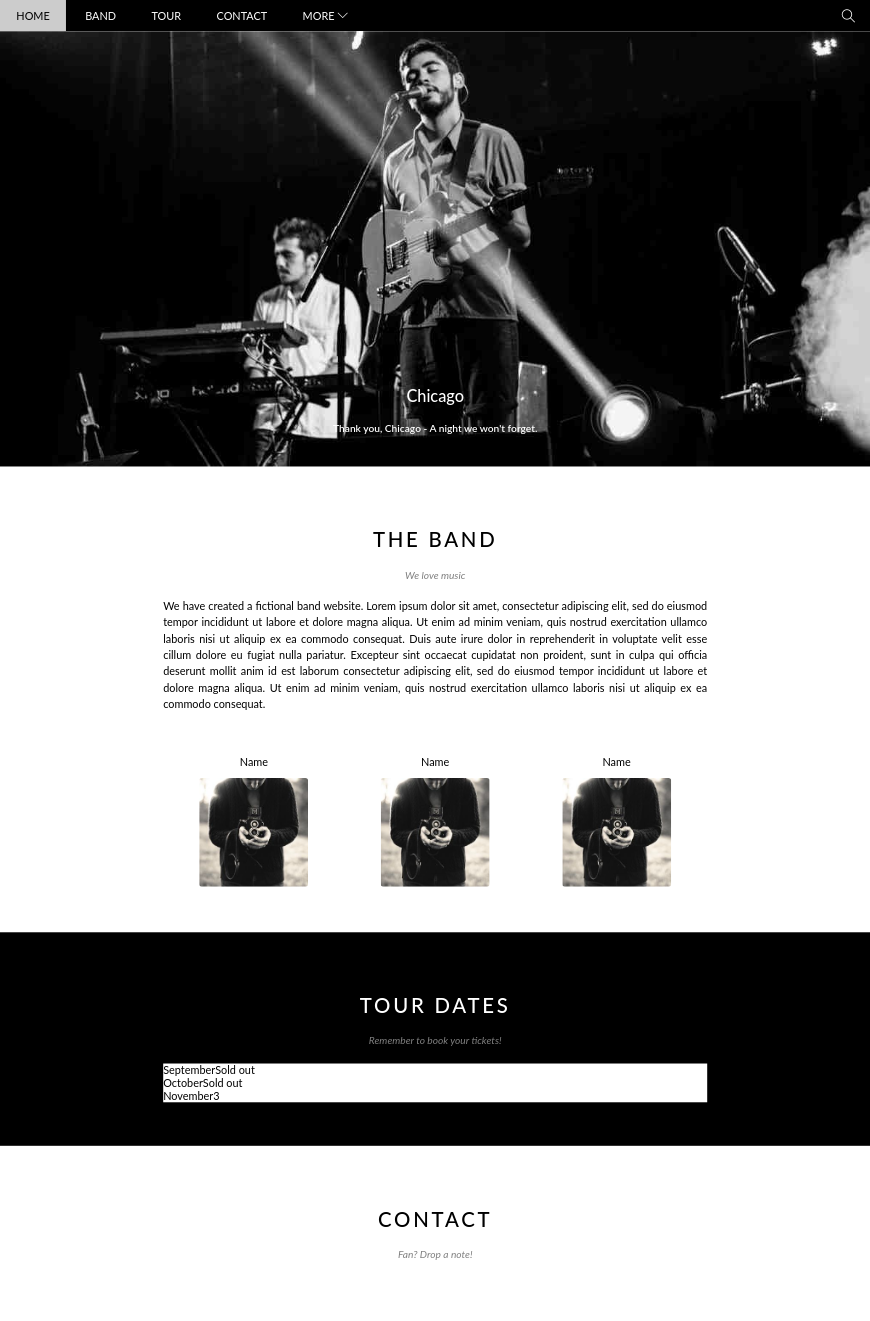
Repository: tatvanhco/web-dau-tay
Page: index.html
These files come from the project's save history. The page is drawn as it stood at one moment and after the next save; the edit follows.
The browser window is 1280 px wide. The pictures show the whole page, at 68% of full size.

Above is the page before, as saved 2022-01-23 19:34:28.

### index.html
<!DOCTYPE html>
<html lang="en">
<head>
    <meta charset="UTF-8">
    <!-- <meta http-equiv="X-UA-Compatible" content="IE=edge"> -->
    <meta name="viewport" content="width=device-width, initial-scale=1.0">
    <title>the band</title>
    <link rel="shortcut icon" href="./assets/img/band/logo.png" type="image/x-icon">
    <link rel="stylesheet" href="./assets/fronts/themify-icons/themify-icons.css">
    <link rel="stylesheet" href="./assets/css/style.css">
    <link rel="stylesheet" href="./assets/css/responsive.css">
</head>
<body>
    <div id="main">
        <div id="header">
            <ul id="nav">
                <li><a href="#">home</a></li>
                <li><a href="#">band</a></li>
                <li><a href="#">tour</a></li>
                <li><a href="#">contact</a></li>
                <li>
                    <a href="#">more
                        <i class="drop-down ti-angle-down"></i>
                    </a>
                    <div class="subnav">
                        <ul>
                            <li><a href="">Merchandise</a></li>
                            <li><a href="">Extras</a></li>
                            <li><a href="">Media</a></li>
                        </ul>
                    </div>
                </li>
            </ul>
            <div class="search-btn">
                <i class="search-icon ti-search"></i>
            </div>
        </div>
        <div id="slide">
            <div class="text-content">
                <h2 class="text-heading">Chicago</h2>
                <div class="text-desc">Thank you, Chicago - A night we won't forget.</div>
            </div>
        </div>
        <div id="content">
            <div class="content-section">
                <h2 class="section-heading">THE BAND</h2>
                <p class="section-sub-heading">We love music</p>
                <p class="about">
                    We have created a fictional band website. Lorem ipsum dolor sit amet, consectetur adipiscing elit, sed do eiusmod tempor incididunt ut labore et dolore magna aliqua. Ut enim ad minim veniam, quis nostrud exercitation ullamco laboris nisi ut aliquip ex ea commodo consequat. Duis aute irure dolor in reprehenderit in voluptate velit esse cillum dolore eu fugiat nulla pariatur. Excepteur sint occaecat cupidatat non proident, sunt in culpa qui officia deserunt mollit anim id est laborum consectetur adipiscing elit, sed do eiusmod tempor incididunt ut labore et dolore magna aliqua. Ut enim ad minim veniam, quis nostrud exercitation ullamco laboris nisi ut aliquip ex ea commodo consequat.
                </p>
                <div class="team">
                    <div class="team-list">
                        <p class="team-name">Name</p>
                        <img src="./assets/img/band/member.jpg" >
                    </div>

                    <div class="team-list">
                        <p class="team-name">Name</p>
                        <img src="./assets/img/band/member.jpg" >
                    </div>

                    <div class="team-list">
                        <p class="team-name">Name</p>
                        <img src="./assets/img/band/member.jpg" >
                    </div>
                </div>
                <div class="clear"></div>
            </div>

            <div class="tour-section">
                <div class="content-section">
                    <h2 class="text-white section-heading">TOUR DATES</h2>
                    <p class="text-white section-sub-heading">Remember to book your tickets!</p>
                    <ul class="ticket-list">
                        <li>September<span class="Sold out">Sold out</span></li>
                        <li>October<span class="Sold out">Sold out</span></li>
                        <li>November<span class="quatity">3</span></li>
                    </ul>
                </div>
                <div class="clear"></div>
            </div>

            <div class="content-section">
                <h2 class="section-heading">CONTACT</h2>
                <p class="section-sub-heading">Fan? Drop a note!</p>
            </div>

        </div>

        <div id="footer">

        </div>
    </div>
</body>
</html>

### assets/css/style.css
* {
    margin: 0;
    padding: 0;
    box-sizing: border-box;
}

body {
    font-family: "Lato", sans-serif;
}

.clear {
    clear: both;
}

.text-white {
    color: #fff !important;
}

#header {
    width: 100%;
    height: 46px;
    background-color: #000;
    position: fixed;
    top: 0;
    left: 0;
    right: 0;
    z-index: 1;
}
#nav {
    display: inline-block;
}

#nav > li {
    display: inline-block;
}

#nav li {
    position: relative;
    list-style-type: none;
}

#nav > li > a {
    color: #fff;
    text-transform: uppercase;
}

#nav li a {
    text-decoration: none;
    padding: 0 24px;
    line-height: 46px;
    display: block;

}

#nav li:hover .subnav {
    display: block;
}

#nav .subnav li:hover a,
#nav > li:hover > a {
    background-color: #ccc;
    color: #000;
}

#nav .subnav {
    display: none;
    min-width: 160px;
    position: absolute;
    top: 100%;
    left: 0;
    background-color: #fff;
    box-shadow: 0 0 10px rgba(0, 0, 0, 0.3);
}

#nav .subnav a {
    color: #000;
    padding: 0px 24px;
    line-height: 38px;
}

#header .search-btn {
    float: right;
    padding: 0 22px;
    cursor: pointer;
}

#header .search-btn:hover {
    background-color: #f44336;
}

#header .search-icon {
    color: #fff;
    font-size: 20px;
    line-height: 46px;
}

#slide {
    position: relative;
    margin-top: 46px;
    padding-top: 50%;
    background: url(/assets/img/slider/chicago.jpg) top center / cover no-repeat;
}

#slide .text-content {
    color: #fff;
    position: absolute;
    bottom: 47px;
    /* cách canh giữa
    left: 50%;
    transform: translateX(-50%); */
    width: 100%;
    text-align: center;
}

#slide .text-heading {
    font-weight: 500;
    font-size: 24px;
}

#slide .text-desc {
    font-weight: 600;
    margin-top: 25px;
    font-size: 15px;
}

#content {

}

#content .content-section {
    max-width: 800px;
    margin-left: auto;
    margin-right: auto;
    padding: 64px 0;
}

#content .section-heading,
#content .section-sub-heading {
    text-align: center;
    margin: 25px 0;
}

#content .section-heading {
    font-size: 30px;
    font-weight: 500;
    letter-spacing: 4px;
}

#content .section-sub-heading {
    font-size: 15px;
    opacity: 0.5;
    font-style: italic;
}

#content .about {
    text-align: justify;
    line-height: 1.5;
}

#content .team {
    margin-top: 48px;
}

#content .team-name {
    margin: 15px 0;
}

#content .team-list {
    float: left;
    width: 33.33333%;
    text-align: center;
}

#content .team-list img {
    width: 60%;
    border-radius: 4px;
    text-align: center;
}

.tour-section {
    background-color: #000;
}

.ticket-list {
    background-color: #fff;
}

Loaded but not shown: assets/fronts/themify-icons/themify-icons.css (common file); assets/css/responsive.css (no copy from this time; the picture is the same without it)

After the next save:
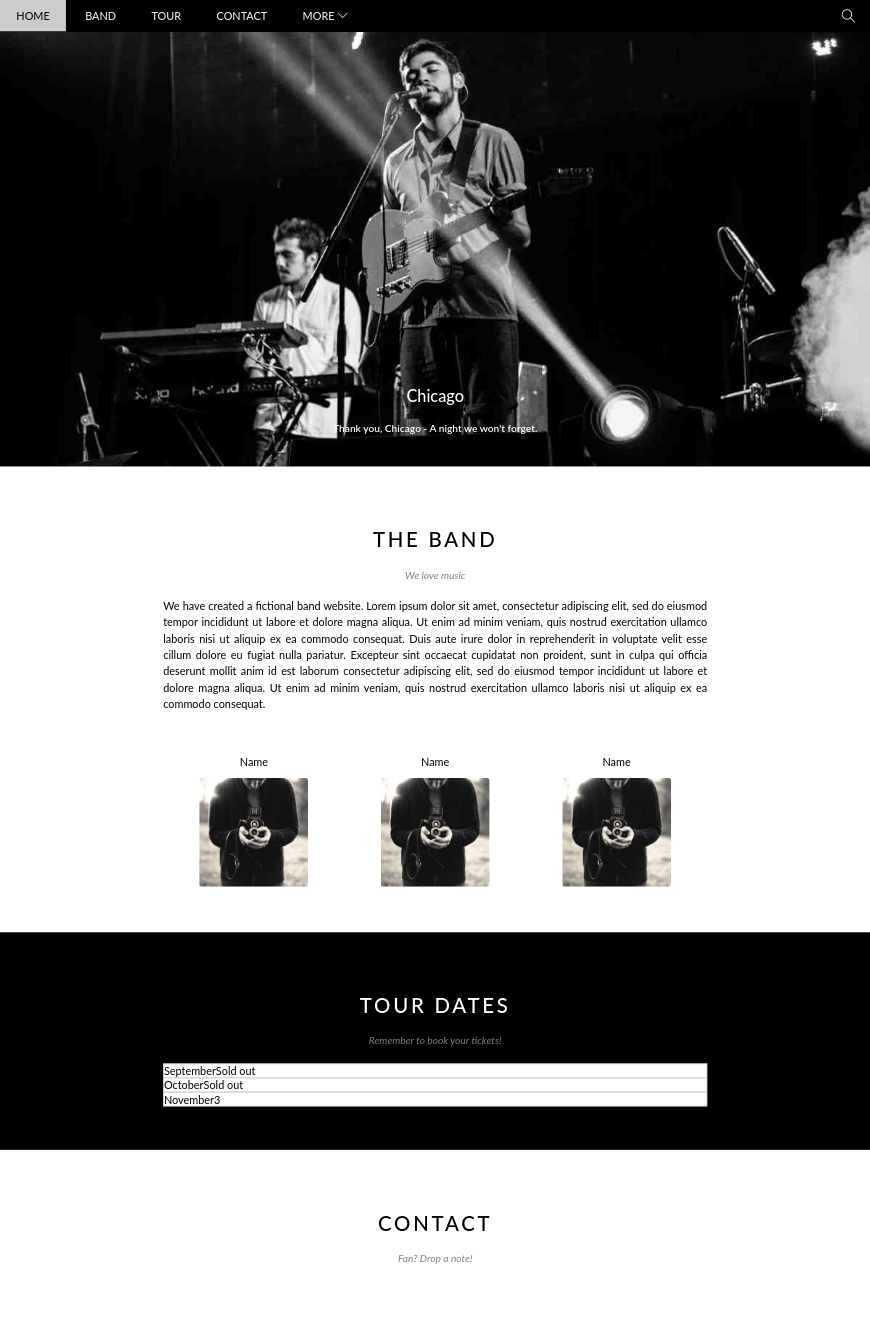
Saved 50 s later.
--- a/assets/css/style.css
+++ b/assets/css/style.css
@@ -184,3 +184,7 @@ body {
 .ticket-list {
     background-color: #fff;
 }
+
+.ticket-list li {
+    border: 1px solid #ccc;
+}
